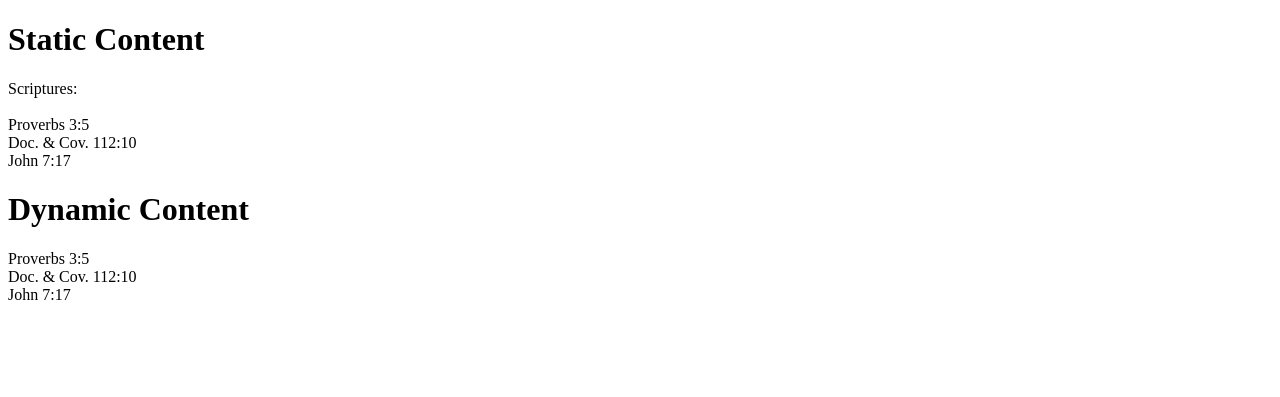
Repository: Bodily-Brad/CS313-Group-Java
Page: http://localhost/8.01/scriptureList.jsp
These files come from the project's save history. The page is drawn as it stood at one moment and after the next save; the edit follows.
The browser window is 1280 px wide. The pictures show the whole page.
The page is served by Tomcat 9. Other server files are loaded and not shown.

Above is the page before, as saved 2014-11-10 19:24:46.

### 8.01/WebContent/scriptureList.jsp
<%@ page language="java" contentType="text/html; charset=ISO-8859-1"
    pageEncoding="ISO-8859-1"%>
<%@ page import="java.util.List" %>
<%@ page import="java.util.ArrayList" %>
<!DOCTYPE html PUBLIC "-//W3C//DTD HTML 4.01 Transitional//EN" "http://www.w3.org/TR/html4/loose.dtd">
<html>
<head>
<meta http-equiv="Content-Type" content="text/html; charset=ISO-8859-1">
<title>Scripture List</title>
</head>
<body>
	<div>
		<h1>Static Content</h1>
		Scriptures:<br/><br/>
		Proverbs 3:5<br>
		Doc. &amp; Cov. 112:10<br>
		John 7:17<br>
	</div>
	<div>
		<h1>Dynamic Content</h1>
	<%
		List<String> scriptures = new ArrayList<String>();
		scriptures.add("Proverbs 3:5");
		scriptures.add("Doc. &amp; Cov. 112:10");
		scriptures.add("John 7:17");

		for (String scripture : scriptures )
		{
			out.println(scripture + "<br>");
		}
	%>
	</div>
</body>
</html>

After the next save:
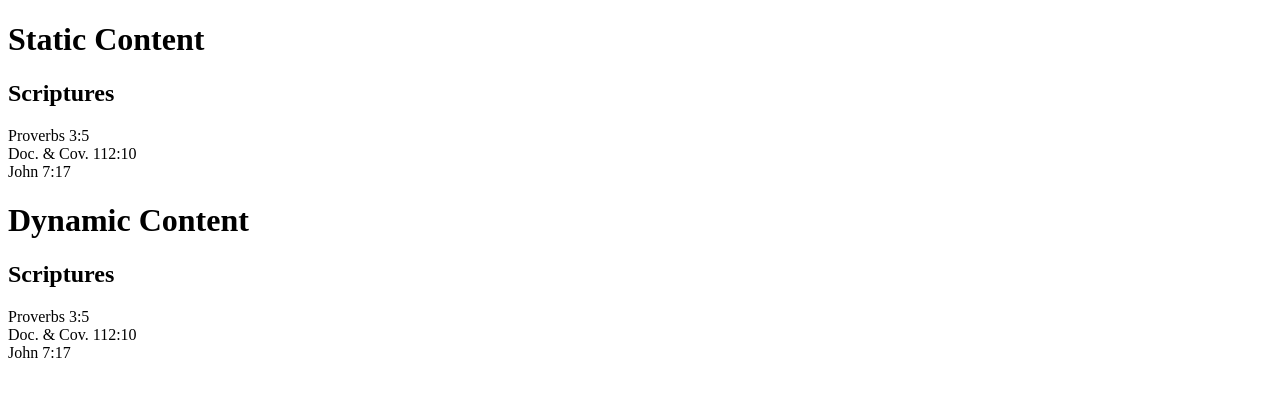
Saved 51 s later.
--- a/8.01/WebContent/scriptureList.jsp
+++ b/8.01/WebContent/scriptureList.jsp
@@ -11,13 +11,14 @@
 <body>
 	<div>
 		<h1>Static Content</h1>
-		Scriptures:<br/><br/>
+		<h2>Scriptures</h2>
 		Proverbs 3:5<br>
 		Doc. &amp; Cov. 112:10<br>
 		John 7:17<br>
 	</div>
 	<div>
 		<h1>Dynamic Content</h1>
+		<h2>Scriptures</h2>
 	<%
 		List<String> scriptures = new ArrayList<String>();
 		scriptures.add("Proverbs 3:5");
